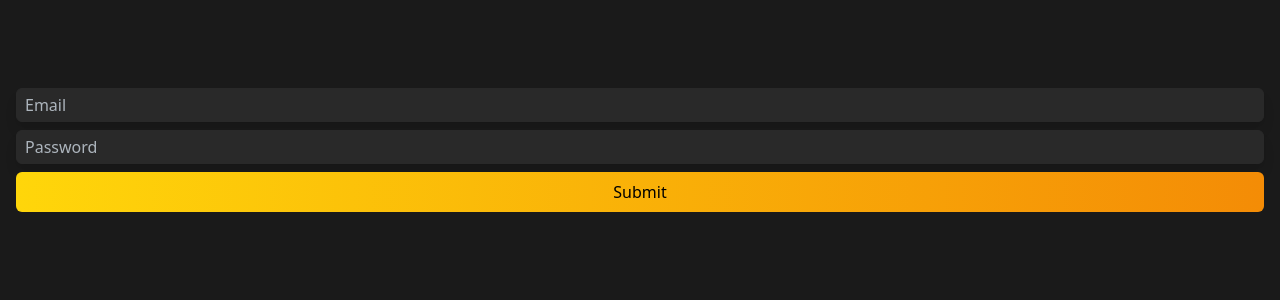
Repository: s-babaeizadeh/react-hook-form-with--zod-validation
Page: /
The author's editor kept a copy of each file at every save. The page is drawn from the files as they stood at one save, then again after the next save.
The browser window is 1280 px wide. The pictures show the whole page.
The project was rebuilt for these pictures with package versions that can differ from the ones it lists, and the page was loaded fresh each time. Also part of the build but not shown: vite.config.ts.

Above is the page before, as saved 2024-08-13 17:22:44.

### src/App.tsx
import React, { useState } from "react";

const App = () => {
  const [email, setEmail] = useState("");
  const [password, setPassword] = useState("");
  const [errors, setErrors] = useState<{ email: string; password: string }>({
    email: "",
    password: "",
  });

  const handleSubmit = (e: React.FormEvent) => {
    e.preventDefault();

    setErrors({ email: "", password: "" });

    if (!email.includes("@")) {
      setErrors({ ...errors, email: "Email must include @" });
      return;
    }

    if (password.length < 8) {
      setErrors({ ...errors, password: "Password must be at least 8 chars" });
      return;
    }

    console.log("Form submitted");
  };

  return (
    <form onSubmit={handleSubmit} className="form gap-2 mt-20">
      <input
        type="text"
        placeholder="Email"
        value={email}
        onChange={(e) => setEmail(e.target.value)}
      />
      {errors.email && <div className="text-red-500">{errors.email}</div>}
      <input
        type="password"
        placeholder="Password"
        value={password}
        onChange={(e) => setPassword(e.target.value)}
      />
      {errors.password && <div className="text-red-500">{errors.password}</div>}
      <button type="submit">Submit</button>
    </form>
  );
};

export default App;

### src/index.css
@tailwind base;
@tailwind components;
@tailwind utilities;

body {
  @apply bg-background-800 text-white;
}

button,
button[type="submit"] {
  @apply rounded-md bg-gradient-to-r from-primary-500 to-secondary-600 px-6 py-2 text-black hover:opacity-50;
}

button:disabled,
button[type="submit"]:disabled {
  @apply opacity-50;
}

input[type="text"],
input[type="email"],
input[type="password"] {
  @apply rounded-md border border-background-700 bg-background-700 px-2 py-1 text-white shadow-lg outline-none  focus:border-primary-500;
}

.form {
  @apply flex flex-col px-4 py-2;
}

.tutorial-shorts {
  @apply flex flex-col px-8 py-4;
}

### tailwind.config.js
/** @type {import('tailwindcss').Config} */
export default {
  content: ["./index.html", "./src/**/*.{js,ts,jsx,tsx}"],
  theme: {
    extend: {
      colors: {
        primary: {
          500: "#ffd60a",
          600: "#ffc300",
        },
        secondary: {
          500: "#fca311",
          600: "#f48c06",
        },
        background: {
          700: "#292929",
          800: "#1a1a1a",
        },
        gray: {
          300: "#f8f9fa",
          400: "#adb5bd",
        },
      },
    },
  },
  plugins: [],
};

Loaded but not shown: index.html (common file); src/main.tsx (common file)

After the next save:
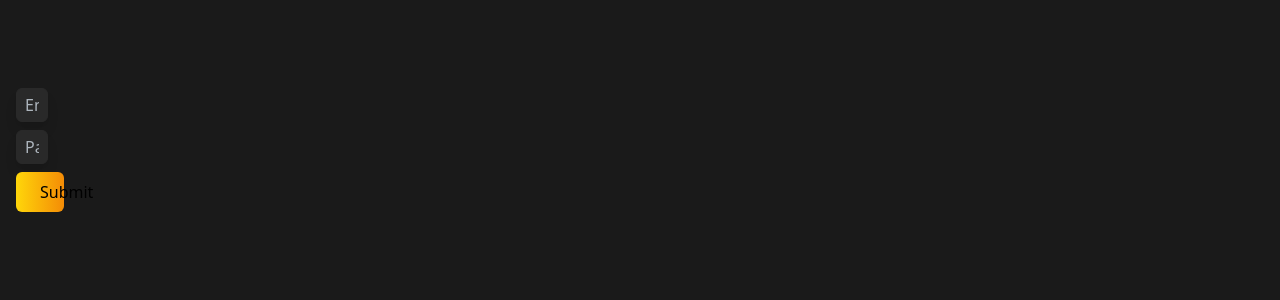
Saved 52 s later.
--- a/src/App.tsx
+++ b/src/App.tsx
@@ -27,7 +27,7 @@ const App = () => {
   };
 
   return (
-    <form onSubmit={handleSubmit} className="form gap-2 mt-20">
+    <form onSubmit={handleSubmit} className="form gap-2 mt-20 max-w-16">
       <input
         type="text"
         placeholder="Email"
